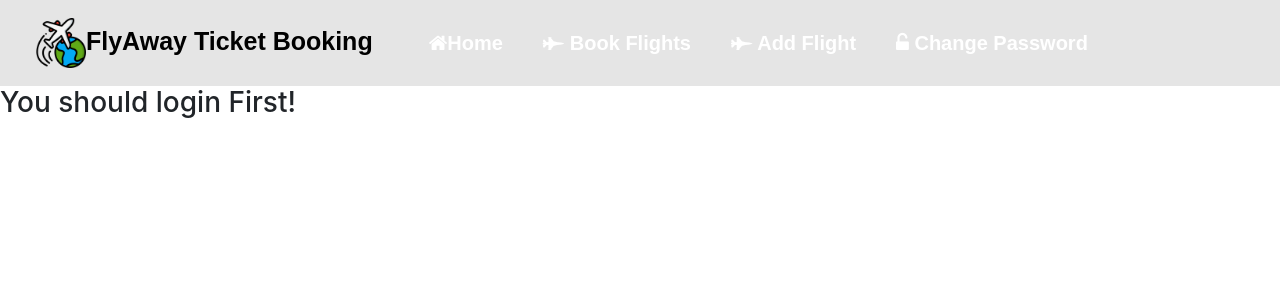
Repository: sayrabano/Phase2-project
Page: http://localhost/FlyAway/adminDashboard.jsp
The author's editor kept a copy of each file at every save. The page is drawn from the files as they stood at one save, then again after the next save.
The browser window is 1280 px wide. The pictures show the whole page.
Some web fonts or font styles are not loaded; a fallback is used. The page is served by Tomcat 9. Other server files are loaded and not shown.

Above is the page before, as saved 2021-09-26 20:38:17.

### FlyAway/src/main/webapp/adminDashboard.jsp
<%@ page language="java" contentType="text/html; charset=ISO-8859-1"
	pageEncoding="ISO-8859-1"%>
<%@page import="java.sql.*"%>
<%@page import=" com.flyaway.LogIn"%>

<%
String driverName = "com.mysql.cj.jdbc.Driver";
String Url = "jdbc:mysql://localhost:3306/flyaway";

String userId = "root";
String password = "say123";

try {
	Class.forName(driverName);
} catch (ClassNotFoundException e) {
	e.printStackTrace();
}
Connection connection = null;
Statement statement = null;
ResultSet resultSet = null;
%>

<!DOCTYPE html>
<html>
<head>
<meta charset="ISO-8859-1">
<title>FlyAway</title>
<%@include file="allcss.jsp" %>
<link rel="stylesheet" href="CSS/style7.css" />
<style>
</style>
</head>

<body>

	<nav class="navbar navbar-expand-lg navbar-light bg-custom" id="navbar">





		<a class="navbar-brand" id="tag"><img src="Images/travel.png" class="img-fluid"  width="50px">FlyAway Ticket Booking</a>


		<div class="collapse navbar-collapse" id="navbarSupportedContent">
			<ul class="navbar-nav mr-auto">
				<li class="nav-item"><a class="nav-link" href="Home.jsp"> <i
						class="fa fa-home" aria-hidden="true"></i>Home
				</a></li>

				<li class="nav-item"><a class="nav-link"
					href="option-flightsearch.jsp"><i class="fa fa-fighter-jet"></i>
						Book Flights </a></li>

						<li class="nav-item"><a href="#" class="nav-link">
						<i class="fa fa-fighter-jet"></i> Add Flight</a></li>


						<li class="nav-item"><a href="Changepassword.jsp" class="nav-link">
						<i class="fa fa-unlock-alt" aria-hidden="true"></i> Change Password</a></li>





			</ul>



		</div>

	</nav>

<%if(LogIn.isLoggedin) {

%>
	<div>
		<h2>Welcome To Admin DashBoard</h2>
		<p style="text-align:center;"> LoggedIn as :- Username is : <%=LogIn.username %> and
		Password is : <%=LogIn.password %>
</p>

	<br><br>

	</div>
	<div class="row" align="center">
	<
        <div class="col-lg-3 col-md-4col-sm-6 mb-4">
            <form action="LogOut" method="get">
           <button type="submit" class="btn btn-primary btn">Logout</button>
		</form>
        </div>

        </div>
        </div>
         <br><br><br><br><br><br>
               <center><h2>List of Flight</h2></center><br>

				<table class="table table-bodered table striped" align="center">
					<thead class="thead">
						<tr>
							<th scope="col">Flight ID</th>
							<th scope="col">Flight Name</th>
							<th scope="col">Origin</th>
							<th scope="col">Destination</th>
							<th scope="col">Date</th>
							<th scope="col">Day</th>
							<th scope="col">Ticket Price</th>
						</tr>
					</thead>
					<tbody class="tbody">


						<%
						try {
							connection = DriverManager.getConnection(Url, userId, password);
							statement = connection.createStatement();
							String sql = "SELECT * FROM flight_list";
							resultSet = statement.executeQuery(sql);
							while (resultSet.next()) {
						%>
						<tr>
							<td><%=resultSet.getString("Id")%></td>
							<td><%=resultSet.getString("Flight")%></td>
							<td><%=resultSet.getString("Origin")%></td>
							<td><%=resultSet.getString("Destination")%></td>
							<td><%=resultSet.getString("Day")%></td>
							<td><%=resultSet.getString("Date")%></td>
							<td><%=resultSet.getString("Ticket_Price")%></td>
						</tr>
						<%
						}
						} catch (Exception e) {
						e.printStackTrace();
						}
}

else{
	out.print("<h3>You should login First!</h3>");
}
						%>
					</tbody>
				</table>

</body>
</html>

### FlyAway/src/main/webapp/allcss.jsp



	<!-- Required meta tags -->
<meta charset="utf-8">
<meta name="viewport"
	content="width=device-width, initial-scale=1, shrink-to-fit=no">

<link rel="stylesheet"
	href="https://cdnjs.cloudflare.com/ajax/libs/font-awesome/4.7.0/css/font-awesome.min.css">
<!-- Required meta tags -->
<meta charset="utf-8">
<meta name="viewport"
	content="width=device-width, initial-scale=1, shrink-to-fit=no">

<!-- Bootstrap CSS -->
<link rel="stylesheet"
	href="https://maxcdn.bootstrapcdn.com/bootstrap/4.0.0/css/bootstrap.min.css"
	integrity="sha384-Gn5384xqQ1aoWXA+058RXPxPg6fy4IWvTNh0E263XmFcJlSAwiGgFAW/dAiS6JXm"
	crossorigin="anonymous">
<link rel="stylesheet"
	href="https://cdnjs.cloudflare.com/ajax/libs/font-awesome/4.7.0/css/font-awesome.min.css">
<link
	href="https://fonts.googleapis.com/css2?family=Baloo+Bhai+2:wght@500&display=swap"
	rel="stylesheet">
<link
	href="https://fonts.googleapis.com/css2?family=Ubuntu:ital,wght@1,700&display=swap"
	rel="stylesheet">

### FlyAway/src/main/webapp/CSS/style7.css
@charset "ISO-8859-1";
@charset "ISO-8859-1";

#navbar{
background-color:rgba(0,0,0,.1) ;
font-family:'Ubuntu', sans-serif;

}


#navbar ul li a{
	color:white;

	font-size:20px;
	font-weight:bold;
	padding:15px 20px;

}
#navbar ul li a:hover{
	color:black;
	background-color:white;
	border-radius:18px;


}


#tag{
	font-size:25px;
 color:black;
 font-weight:bold;


	float:right;
	padding: 10px 20px;

}
#gear{
	margin:2px;
	padding:10px;



}
#gear a:hover{



	background-color:white;


}
h2{
	text-align:center;
	font-family:'Ubuntu', sans-serif;
}
.btn{
	color:black;
	padding-left:10rem;
	padding-right:6rem;
	margin-top: 15px;

   background-color:#b0bec5;
	font-family:'Ubuntu', sans-serif;
	float:right;
    display:flex;


}
.thead{
	background-color:#000000;
	font-family:'Ubuntu', sans-serif;
	color:white;
}
.tbody{
	background-color:#b0bec5;
	font-family:'Ubuntu', sans-serif;
}

After the next save:
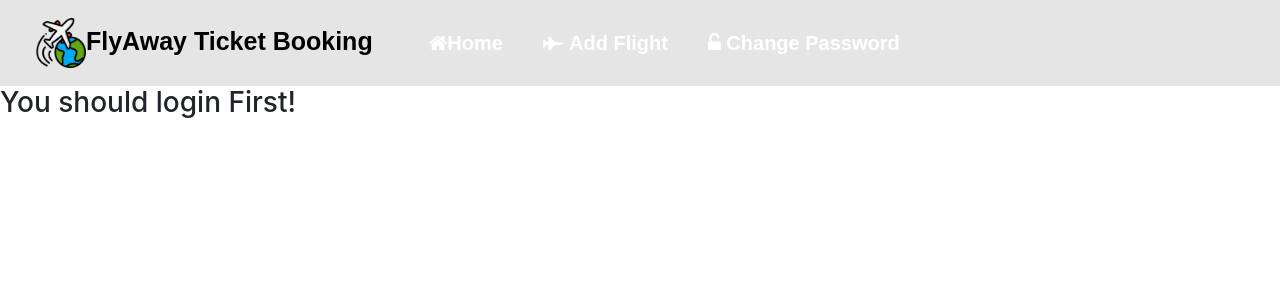
Saved 21 s later.
--- a/FlyAway/src/main/webapp/adminDashboard.jsp
+++ b/FlyAway/src/main/webapp/adminDashboard.jsp
@@ -48,9 +48,7 @@ ResultSet resultSet = null;
 						class="fa fa-home" aria-hidden="true"></i>Home
 				</a></li>
 
-				<li class="nav-item"><a class="nav-link"
-					href="option-flightsearch.jsp"><i class="fa fa-fighter-jet"></i>
-						Book Flights </a></li>
+
 
 						<li class="nav-item"><a href="#" class="nav-link">
 						<i class="fa fa-fighter-jet"></i> Add Flight</a></li>
